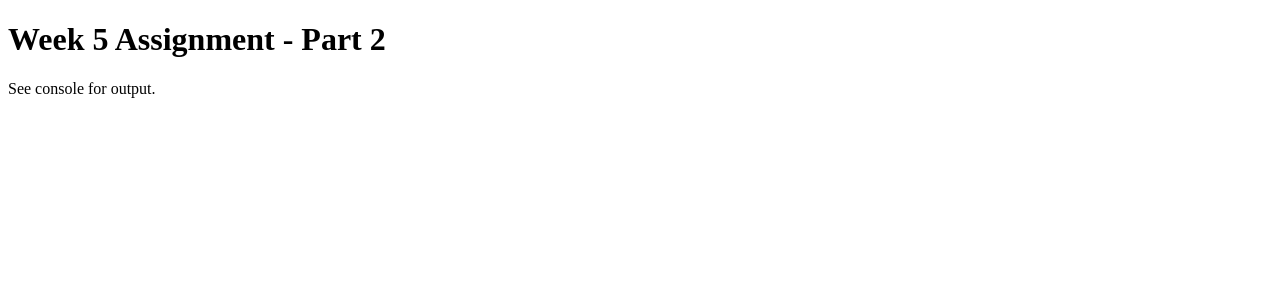
Repository: Ellusionism/prime-pw-week-5-assignment-part-2
Page: assignment/index.html
These files come from the project's save history. The page is drawn as it stood at one moment and after a run of saves; the edit follows.
The browser window is 1280 px wide. The pictures show the whole page.

Above is the page before, as saved 2022-11-24 18:37:30.

After the next 3 saves:
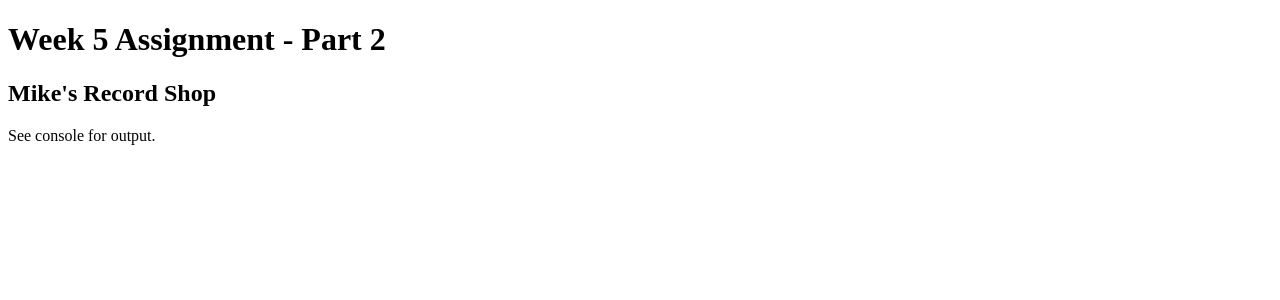
The 3 saves are shown as one change because they came seconds apart.
The last was saved 11 s later.
--- a/assignment/index.html
+++ b/assignment/index.html
@@ -7,7 +7,7 @@
   <body>
     <header>
       <h1>Week 5 Assignment - Part 2</h1>
-      <h2></h2>
+      <h2>Mike's Record Shop</h2>
     </header>
     <p>See console for output.</p>
     <!-- Create an unordered list with any questions you have -->
